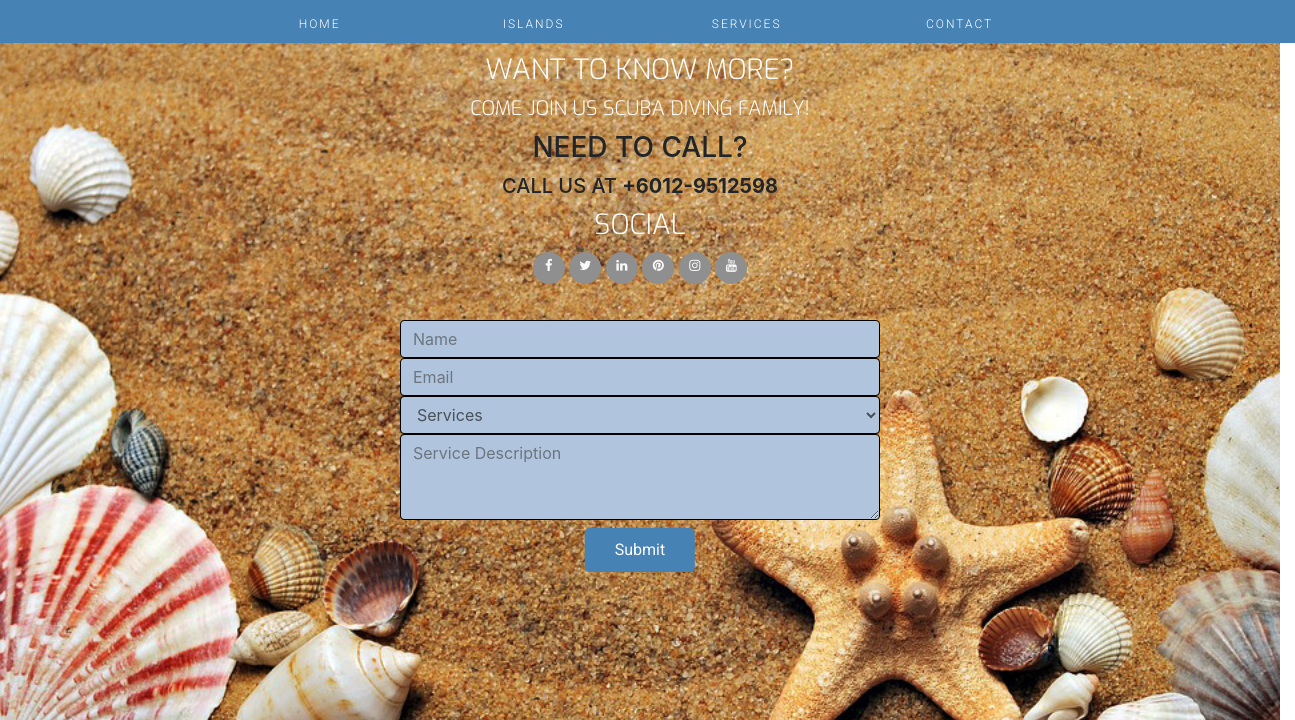
Repository: Code-Institute-Submissions/cathyann-diving.github.io
Page: contact.html
The author's editor kept a record of every edit. The page is drawn from the files as they stood at one moment, then again after the next edit.
The browser window is 1280 px wide. The page is 1295 px wide, so the pictures cover 1295 px, including what lies to the right of the window. The pictures show the whole page.

Above is the page before.

After the next edit:
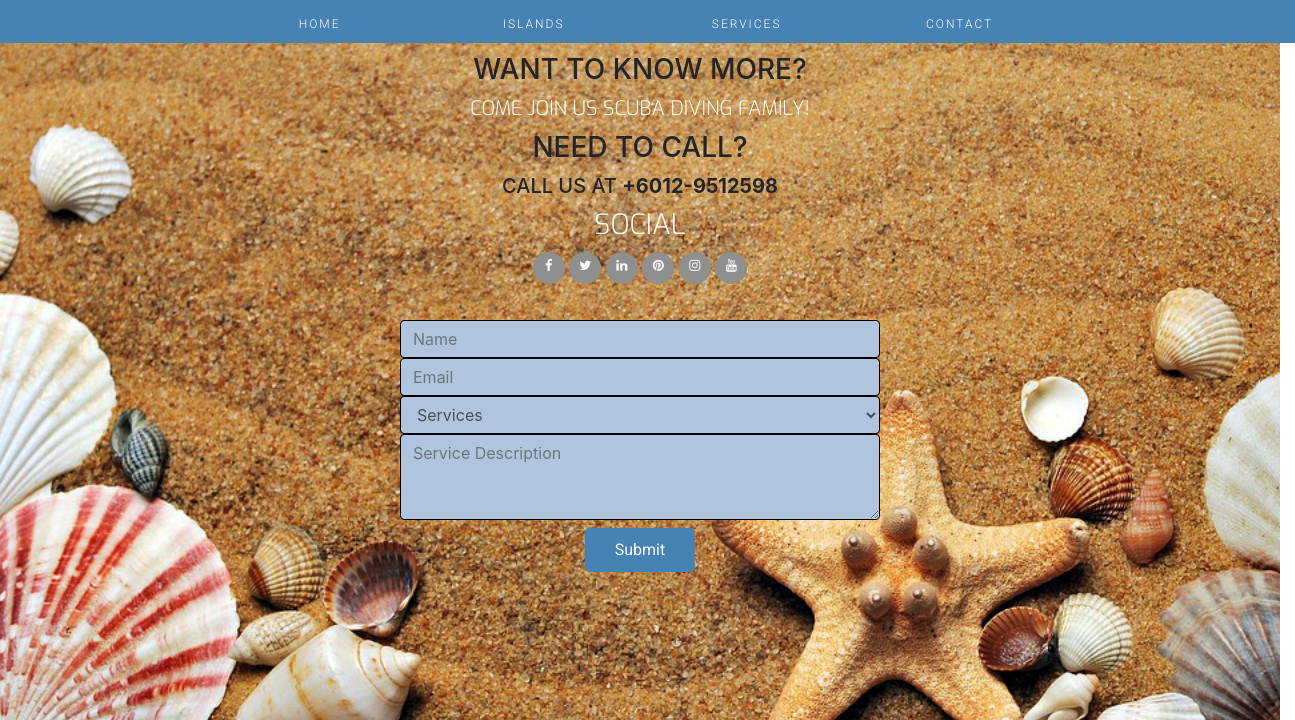
The edit:
--- a/contact.html
+++ b/contact.html
@@ -38,7 +38,7 @@
     <section class="container-fluid bg-contact">
         <div class="row bg-color-contact">
             <div class="col">
-                <h3 class="contact-heading uppercase text-center">Want to know more?</h3>
+                <h3 class="uppercase text-center">Want to know more?</h3>
                 <h5 class="contact-heading uppercase text-center">Come join us Scuba diving family!</h5>
                 <h3 class="uppercase text-center">Need to call?</h3>
                 <h5 class="uppercase text-center">Call us at <b>+6012-9512598</b></h5>
